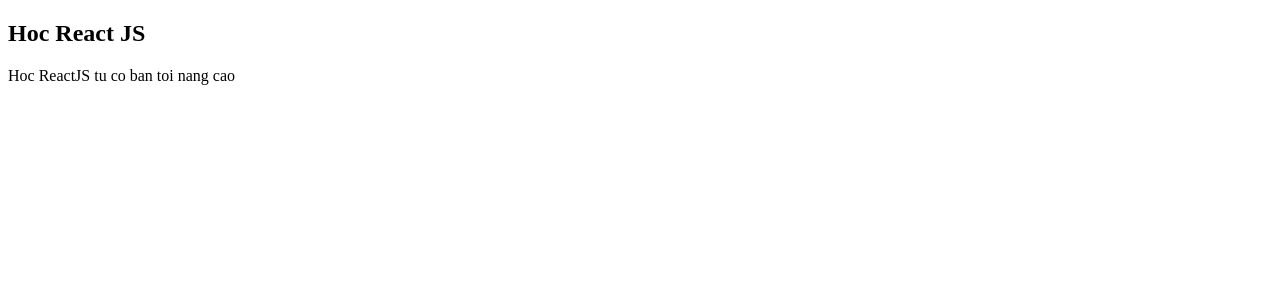
Repository: anhsan10012000/learn-git
Page: index.html
An editor plug-in stored every save of this project. The page is shown before and after the next save, followed by the edit.
The browser window is 1280 px wide. The pictures show the whole page.

Above is the page before, as saved 2022-07-16 09:59:24.

### index.html
<!DOCTYPE html>
<html lang="en">

<head>
    <meta charset="UTF-8">
    <meta http-equiv="X-UA-Compatible" content="IE=edge">
    <meta name="viewport" content="width=device-width, initial-scale=1.0">
    <title>Document</title>
    <script src="https://unpkg.com/react@18/umd/react.development.js" crossorigin></script>
    <script src="https://unpkg.com/react-dom@18/umd/react-dom.development.js" crossorigin></script>
</head>

<body>
    <div id="root"></div>
    <script>
        //DOM
        // const divDOM = document.createElement('div');
        // divDOM.className = 'post-item';
        // const h2DOM = document.createElement('h2');
        // h2DOM.title = 'Hoc React tai F8';
        // h2DOM.innerText = 'Hoc ReactJS';
        // const pDOM = document.createElement('p');
        // pDOM.innerText = 'Hoc ReactSJ tu co ban toi nang cao';
        // divDOM.appendChild(h2DOM);
        // divDOM.appendChild(pDOM);
        // document.body.appendChild(divDOM);
        // const ulDOM = document.createElement('ul');
        // ulDOM.className = 'ul-dom';
        // ulDOM.id = 'ul-list';
        // ulDOM.style = 'color: green; font-size: 40px;';
        // const li1DOM = document.createElement('li');
        // li1DOM.className = 'li-dom';
        // li1DOM.innerText = 'Javascript';
        // const li2DOM = document.createElement('li');
        // li2DOM.innerText = 'ReactJs';
        // ulDOM.appendChild(li1DOM);
        // ulDOM.appendChild(li2DOM);
        // document.body.appendChild(ulDOM);
        //    const h1DOM = document.createElement('h1');
        //    h1DOM.title = 'hello';
        //    h1DOM.className = 'heading';
        //    h1DOM.innerText = 'Hello may cung ';
        //    document.body.appendChild(h1DOM);
        //React
        const divReact = React.createElement(
            'div',
            { className: 'post-item' },
            React.createElement('h2', { title: 'Hoc React tai F8' }, 'Hoc React JS'),
            React.createElement('p', null, 'Hoc ReactJS tu co ban toi nang cao')
        );

        const ulReact = React.createElement(
            'ul',
            { id: 'ul-react', style: 'color: green; font-size: 40px;', },
            React.createElement('li', null, 'Javascript'),
            React.createElement('li', null, 'ReactJs'),
        );

        const h1React = React.createElement('h1', {
            title: 'Hello',
            className: 'heading',
        }, 'Hello emmm');


        //Get root element
        const container = document.getElementById('root')
        //React@17
        //React-DOM -> Render UI
        // ReactDOM.render(divReact,root);
        const root = ReactDOM.createRoot(container)
        root.render(divReact);
        root.render(ulReact);
        root.render(divReact);
    </script>
</body>

</html>

After the next save:
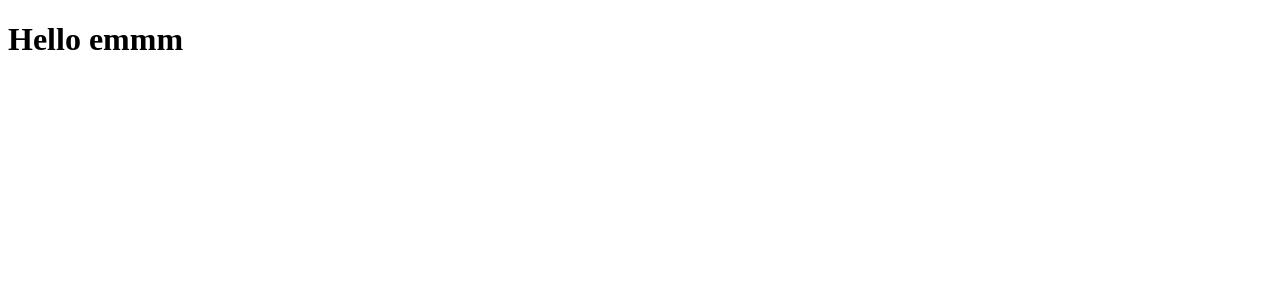
Saved 9 s later.
--- a/index.html
+++ b/index.html
@@ -70,7 +70,7 @@
         const root = ReactDOM.createRoot(container)
         root.render(divReact);
         root.render(ulReact);
-        root.render(divReact);
+        root.render(h1React);
     </script>
 </body>
 
